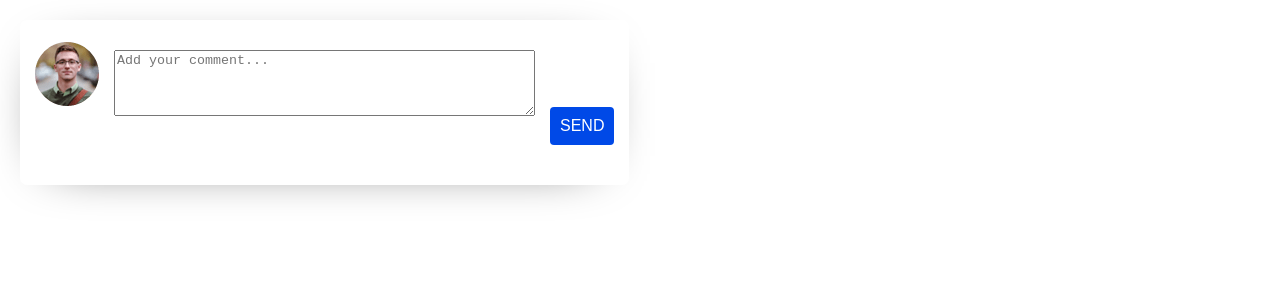
Repository: badhon252/interactive-comments-section
Page: /
An editor plug-in stored every save of this project. The page is shown before and after the next save, followed by the edit.
The browser window is 1280 px wide. The pictures show the whole page.
The project was rebuilt for these pictures with package versions that can differ from the ones it lists, and the page was loaded fresh each time.

Above is the page before, as saved 2022-01-28 12:25:10.

### public/index.html
<!DOCTYPE html>
<html lang="en">

<head>
  <meta charset="utf-8" />
  <link rel="icon" href="%PUBLIC_URL%/favicon.ico" />
  <meta name="viewport" content="width=device-width, initial-scale=1" />
  <meta name="theme-color" content="#000000" />
  <meta name="description" content="Web site created using create-react-app" />
  <link rel="apple-touch-icon" href="%PUBLIC_URL%/logo192.png" />

  <link rel="manifest" href="%PUBLIC_URL%/manifest.json" />

  <title>interactive-comments-section</title>
</head>

<body>
  <noscript>You need to enable JavaScript to run this app.</noscript>
  <div id="root"></div>

</body>

</html>

### src/App.js
import WriteComments from "./components/WriteComments";
// import WriteComments from "./components/WriteComments";

function App() {
  return (
    <div className="App">
      <WriteComments />
    </div>
  );
}

export default App;

### src/components/WriteComments.js
import React, { useState } from "react";
import "../App.css";
import Avatar from "../images/avatars/image-juliusomo.png";
import avatar from "../images/avatars/image-amyrobson.png";
// import Comments from "./Comments";

export default function WriteComments() {
  const [input, setInput] = useState("");
  const [comment, setComment] = useState([]);

  const handleSubmit = (e) => {
    e.preventDefault();

    if (!input) {
      alert("Input your data!!");
    } else {
      setComment((e) => {
        return [...e, input];
      });
    }
  };

  const key = new Date().getTime().toString();

  const handleDelete = () => {};
  const handleEdit = () => {};

  return (
    <div className="main-div">
      <div className="comment-input ">
        <form
          action=""
          className="comment-section shadow"
          onSubmit={handleSubmit}
        >
          <img src={Avatar} alt="images" className="my-img" />
          <textarea
            name=""
            id=""
            rows="4"
            cols="50"
            placeholder="Add your comment..."
            value={input}
            onChange={(e) => setInput(e.target.value)}
          />
          <button className="submit-btn">SEND</button>
        </form>{" "}
      </div>

      {/* comments===== start========== */}
      <div className="comments">
        {comment.map((value) => {
          return (
            <div key={key} className="shadow">
              <div className="profile-info">
                <img src={avatar} alt="" className="random-img" />
                <h4 className="name">@amyrobson</h4>
                <span className="time"> 1 Months ago</span>
                <div className="btn">
                  <button className="delete" onClick={handleDelete}>
                    Delete
                  </button>
                  <button className="edit" onClick={handleEdit}>
                    Edit
                  </button>
                </div>
              </div>
              <li className="single-comment">{value}</li>
            </div>
          );
        })}
      </div>
      {/* comments ends ========= */}
    </div>
  );
}

### src/App.css
.main-div {
  /* width: 40rem; */
  /* margin: auto; */
  text-align: center;
}
.comment-input {
  display: flex;
  align-items: center;
}
.comment-section {
  padding: 15px;
  margin: 20px;
  border-radius: 7px;
}

.submit-btn {
  background-color: rgb(0, 73, 231);
  color: white;
  border: none;
  border-radius: 4px;
  font-size: 1rem;
  padding: 10px;
  margin-bottom: 25px;
  cursor: pointer;
  /* align-items: flex-start; */
}

.my-img {
  max-width: 80%;
  margin-bottom: 25px;
}
textarea {
  margin: 15px;
}

.shadow {
  box-shadow: -3px 7px 54px -36px rgba(0, 0, 0, 1);
  -webkit-box-shadow: -3px 7px 54px -36px rgba(0, 0, 0, 1);
  -moz-box-shadow: -3px 7px 54px -36px rgba(0, 0, 0, 1);
}

/* single comment section ==== */

.comments {
  margin: 20px auto;
  width: 45rem;
  /* text-align: justify; */
}
.profile-info {
  /* display: flex; */
  /* justify-content: left; */
  padding: 25px 0 10px 40px;
}
.random-img {
  width: 40px;
  display: inline;
  margin-bottom: -12px;
}
.name {
  padding: 0 10px;
  display: inline;
}

.time {
  font-size: 14px;
  opacity: 70%;
  padding-left: 30px;
  display: inline;
}
.btn {
  /* text-align: center; */
  text-align: right;
  padding-top: 24px;
  padding-left: 30px;
  margin-left: auto;
  display: inline;
}
.edit {
  background-color: rgb(9, 255, 0);
  border: 1px solid black;
  padding: 5px 10px;
  border-radius: 5px;
  margin: 0 20px;
  cursor: pointer;
  display: inline;
}

.delete {
  background-color: rgb(255, 0, 34);
  border: 1px solid black;
  color: #fff;
  padding: 5px 10px;
  border-radius: 5px;
  margin: 0 20px;
  cursor: pointer;
  display: inline;
}

.single-comment {
  width: 40rem;
  padding: 0 15px 20px 15px;
  margin: 20px;
  list-style-type: none;
}

Loaded but not shown: src/index.js (common file); src/index.css (common file); src/reportWebVitals.js (common file)

After the next save:
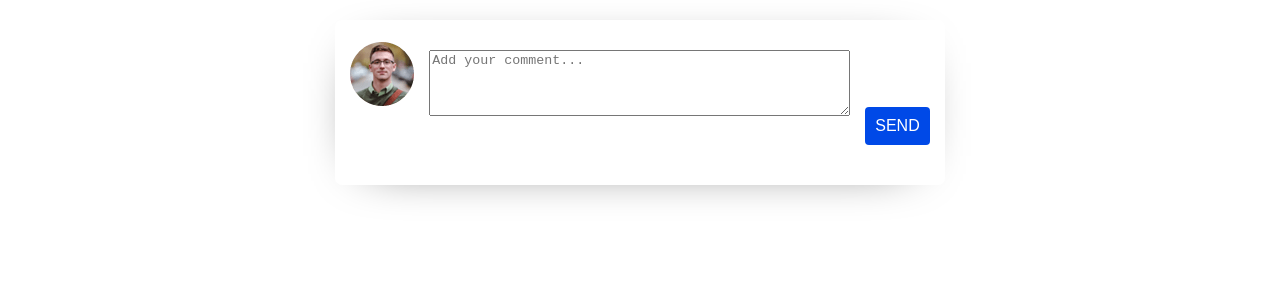
Saved 21 s later.
--- a/src/App.css
+++ b/src/App.css
@@ -5,7 +5,7 @@
 }
 .comment-input {
   display: flex;
-  align-items: center;
+  justify-content: center;
 }
 .comment-section {
   padding: 15px;
